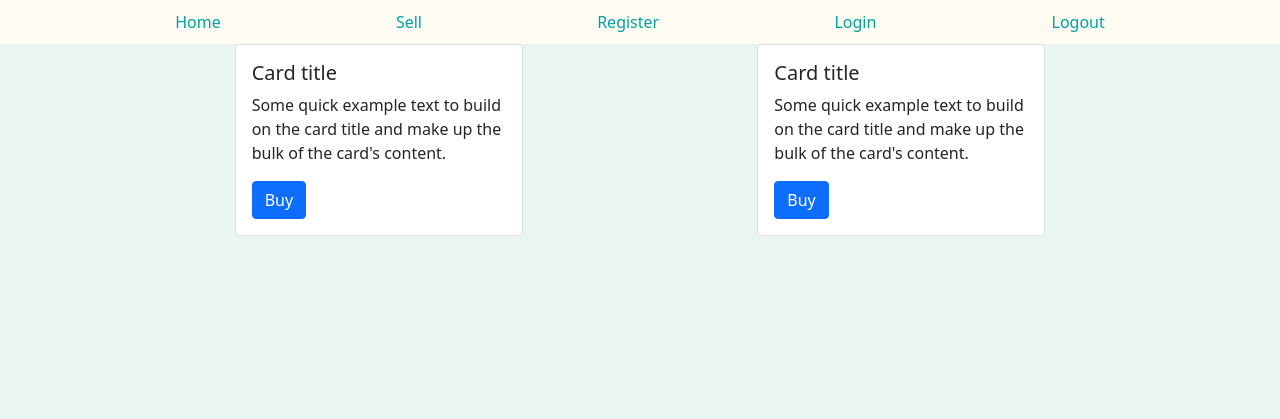
Repository: RiteshK555/itw-project
Page: http://localhost/
The author's editor kept a copy of each file at every save. The page is drawn from the files as they stood at one save, then again after the next save.
The browser window is 1280 px wide. The pictures show the whole page.
The page is served by the project's application, run on Django 3.2 (student_olx/manage.py). The page reads the database file committed with the project.

Above is the page before, as saved 2021-09-19 13:27:07.

After the next save:
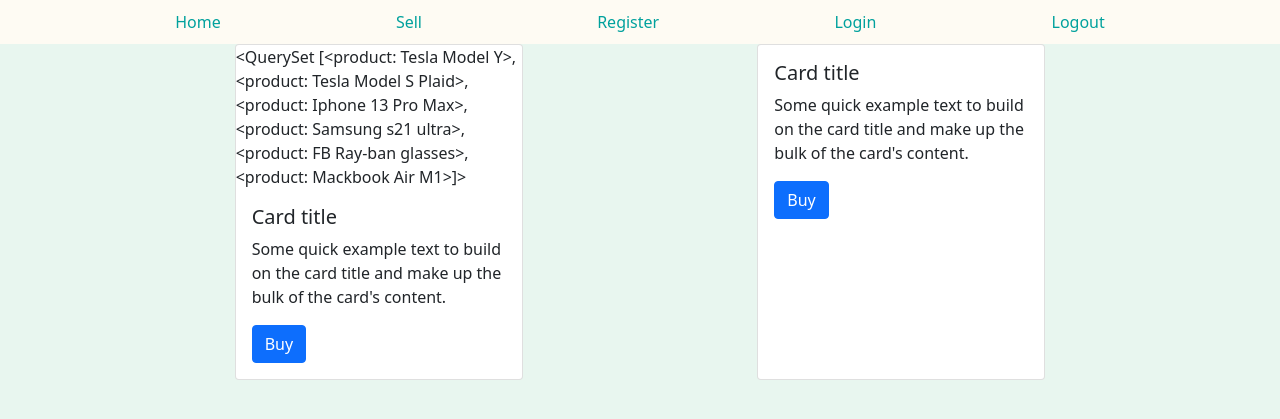
Saved 19 s later.
--- a/student_olx/main/templates/main/home.html
+++ b/student_olx/main/templates/main/home.html
@@ -9,7 +9,7 @@
 {%block content %}
 <div id="itemz">
 <div class="card" style="width: 18rem;">
-{{all_products}}
+{{products}}
   {% comment %} <img src="..." class="card-img-top" alt="..."> {% endcomment %}
   <div class="card-body">
     <h5 class="card-title">Card title</h5>
